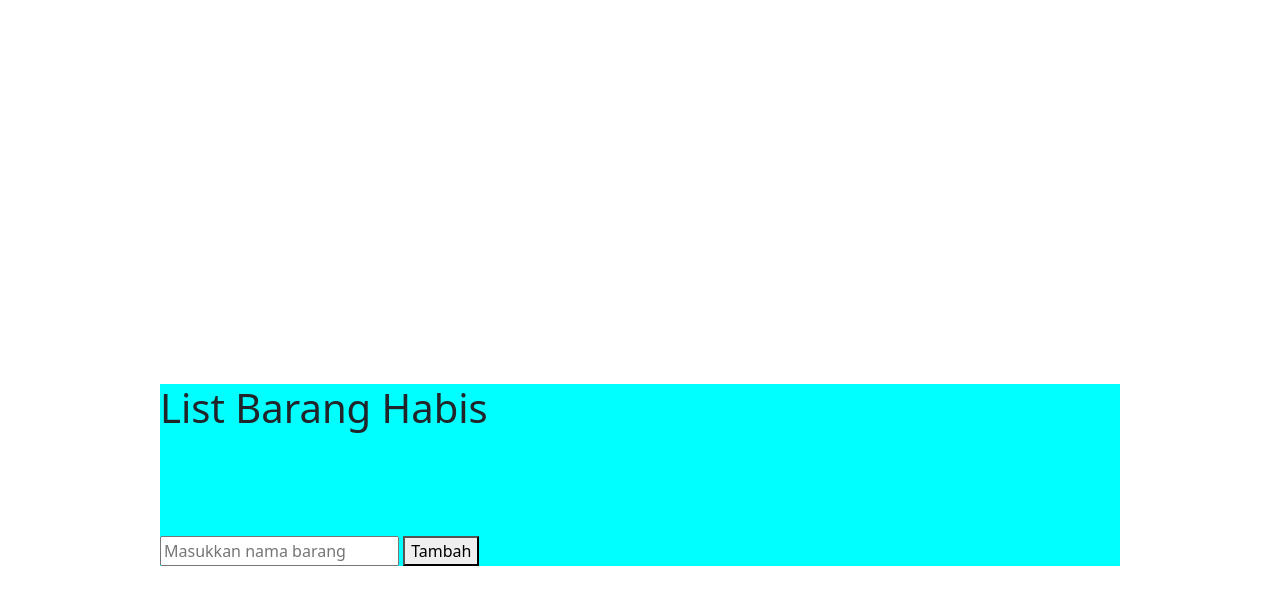
Repository: amorysdeo/dirumah
Page: index.html
The author's editor kept a copy of each file at every save. The page is drawn from the files as they stood at one save, then again after the next save.
The browser window is 1280 px wide. The pictures show the whole page.

Above is the page before, as saved 2025-11-27 11:56:05.

### index.html
<!DOCTYPE html>
<html lang="en">
<head>
    <meta charset="UTF-8">
    <meta name="viewport" content="width=device-width, initial-scale=1.0">
    <link rel="stylesheet" href="css.css">
    <link href="https://cdn.jsdelivr.net/npm/bootstrap@5.3.3/dist/css/bootstrap.min.css" rel="stylesheet">

    <title>Belanja</title>
</head>
<body>
    <div id="main-box">
        <div id="title">
            <h1>List Barang Habis</h1>
        </div>
        <div id="inputan">
            <input type="text" id="barang" name="barang" placeholder="Masukkan nama barang">
            <button>Tambah</button>
        </div>
    </div>

    <script src="https://cdn.jsdelivr.net/npm/@popperjs/core@2.11.8/dist/umd/popper.min.js"></script>
    <script src="https://cdn.jsdelivr.net/npm/bootstrap@5.3.3/dist/js/bootstrap.min.js"></script>
</body>
</html>

### css.css
body{
    padding-top: 30%;
    align-items: center;
    justify-content: center;
    display: flex;
    flex-direction: column;
    margin-left: auto;
    margin-right: auto;
}

#main-box{
    background-color: aqua;
    width: 75%;
}

#title h1{
    margin-left: auto;
    margin-right: auto;
    padding-bottom: 10%;
}

After the next save:
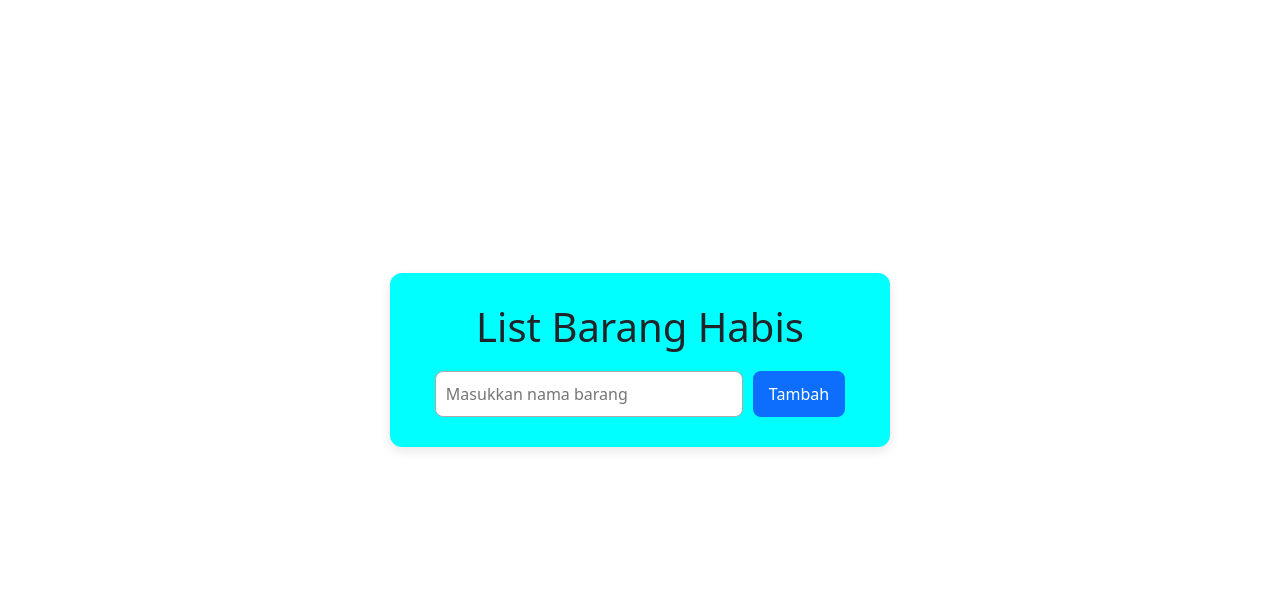
Saved 11 s later.
--- a/css.css
+++ b/css.css
@@ -1,20 +1,57 @@
-body{
-    padding-top: 30%;
+body {
+    margin: 0;
+    min-height: 100vh;
+    display: flex;
+    flex-direction: column;
     align-items: center;
     justify-content: center;
-    display: flex;
-    flex-direction: column;
-    margin-left: auto;
-    margin-right: auto;
+    background-color: #f5f5f5;
 }
 
-#main-box{
+/* BOX UTAMA */
+#main-box {
     background-color: aqua;
     width: 75%;
+    max-width: 500px;
+    padding: 30px;
+    border-radius: 12px;
+    box-shadow: 0 4px 12px rgba(0,0,0,0.1);
+    text-align: center; /* semua isi auto center */
 }
 
-#title h1{
-    margin-left: auto;
-    margin-right: auto;
-    padding-bottom: 10%;
+/* TITLE */
+#title h1 {
+    margin: 0 0 20px 0;
 }
+
+/* INPUT + BUTTON WRAPPER */
+#inputan {
+    display: flex;
+    gap: 10px;
+    justify-content: center;
+}
+
+/* INPUT STYLE */
+#inputan input {
+    padding: 10px;
+    width: 70%;
+    border-radius: 8px;
+    border: 1px solid #aaa;
+    font-size: 16px;
+}
+
+/* BUTTON STYLE */
+#inputan button {
+    padding: 10px 16px;
+    border-radius: 8px;
+    border: none;
+    background-color: #0d6efd;
+    color: white;
+    font-size: 16px;
+    cursor: pointer;
+    transition: 0.2s;
+}
+
+#inputan button:hover {
+    background-color: #0b5ed7;
+}
